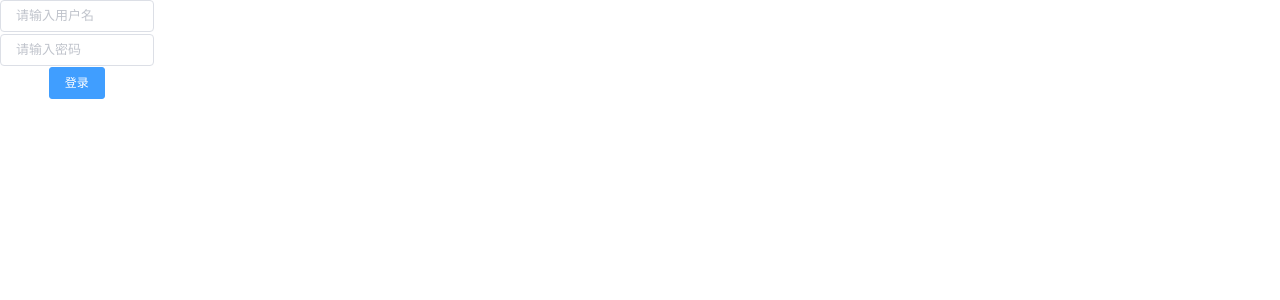
Repository: faintout/backMng
Page: /#/login (app in backmng/)
The author's editor kept a copy of each file at every save. The page is drawn from the files as they stood at one save, then again after the next save.
The browser window is 1280 px wide. The pictures show the whole page.
The project was rebuilt for these pictures with package versions that can differ from the ones it lists, and the page was loaded fresh each time. Also part of the build but not shown: backmng/vue.config.js, backmng/src/views/headerTop.vue, backmng/src/views/layout.vue, backmng/src/views/_index.vue, backmng/src/views/addList.vue, backmng/src/views/list.vue.

Above is the page before, as saved 2020-12-30 19:32:05.

### backmng/public/index.html
<!DOCTYPE html>
<html lang="en">
  <head>
    <meta charset="utf-8">
    <meta http-equiv="X-UA-Compatible" content="IE=edge">
    <meta name="viewport" content="width=device-width,initial-scale=1.0">
    <link rel="icon" href="<%= BASE_URL %>favicon.ico">
    <title><%= htmlWebpackPlugin.options.title %></title>
  </head>
  <!-- <script src="https://cdn.bootcdn.net/ajax/libs/jquery/3.5.1/jquery.js"></script> -->
  <body>
    <noscript>
      <strong>We're sorry but <%= htmlWebpackPlugin.options.title %> doesn't work properly without JavaScript enabled. Please enable it to continue.</strong>
    </noscript>
    <div id="app"></div>
    <!-- built files will be auto injected -->
  </body>
</html>

### backmng/src/main.js
import Vue from 'vue'
import App from './App.vue'
import router from './router'
import store from './store'
import ElementUI from 'element-ui'
import 'element-ui/lib/theme-chalk/index.css'
import './assets/index.css'
import $ from 'jquery'

Vue.use(ElementUI)
Vue.config.productionTip = false

new Vue({
  router,
  store,
  render: h => h(App)
}).$mount('#app')

### backmng/src/App.vue
<template>
  <div id="app">
    <router-view/>
  </div>
</template>

<style lang="less">
#app {
  font-family: Avenir, Helvetica, Arial, sans-serif;
  -webkit-font-smoothing: antialiased;
  -moz-osx-font-smoothing: grayscale;
  text-align: center;
  color: #2c3e50;
  height: 100%;
}

#nav {
  padding: 30px;

  a {
    font-weight: bold;
    color: #2c3e50;

    &.router-link-exact-active {
      color: #42b983;
    }
  }
}
</style>

### backmng/src/router/index.js
import Vue from 'vue'
import VueRouter from 'vue-router'
import Layout from '../views/layout.vue'
import _index from '../views/_index.vue'
import addList from '../views/addList.vue'
import list from '../views/list.vue'
import login from '../views/login.vue'

Vue.use(VueRouter)

const routes = [
    {
        path:'*',
        name:'redirect',
        redirect:'/login'
    },
    {
        path:'/login',
        name:'login',
        component:login
    },
    {
        path: '/',
        name: 'Layout',
        component: Layout,
        children: [
            {
                path: '/_index',
                name: '首页',
                component: _index,
            },
            {
                path: '/addList',
                name: '添加',
                component: addList,
            },
            {
                path: '/list',
                name: '列表查看',
                component: list,
            },
        ]
    },
]

const router = new VueRouter({
    routes
})

export default router

### backmng/src/assets/index.css
* {
    /* width: 100%;
    height: 100%; */
    padding: 0;
    margin: 0;
}
html,body{
    height: 100%;
}
.h100{
    height: 100%;
}

### backmng/src/views/login.vue
<template>
    <div class="bgc" :style="{background:'url('+imgUrl+')'}">
        <div class="login_contnet">
            <div class="user_admin">
                <el-input v-model="userName" placeholder="请输入用户名" size="small"></el-input>

            </div>
            <div class="user_password">
                <el-input v-model="passWord" placeholder="请输入密码" show-password  size="small"></el-input>

            </div>
            <el-button type="primary" @click="login" size="small">登录</el-button>
        </div>
    </div>
</template>

<script>
    export default {
        components: {},
        data() {
            return {
                userName: '',
                passWord: '',
                imgUrl: ''
            }
        },
        watch: {},
        computed: {},
        methods: {
            login() {

            }
        },
        mounted() {
            var self = this
            $.ajax({
                type: "GET",
                url: '/acgurl.php?return=json',
                success:res=>{
                    console.log(res);
                    // this.$nick()
                    // self.imgUrl = res.imgurl
                }
            })
        },
        created() {

        },
    }
</script>
<style lang="less" scoped>
.login_contnet{
    width: 12%;
}
.bgc{
    width: 100%;
    height: 100%;
}
.user_admin,.user_password{
    margin-bottom: 1%;
}
</style>

Loaded but not shown: backmng/src/store/index.js (common file)

After the next save:
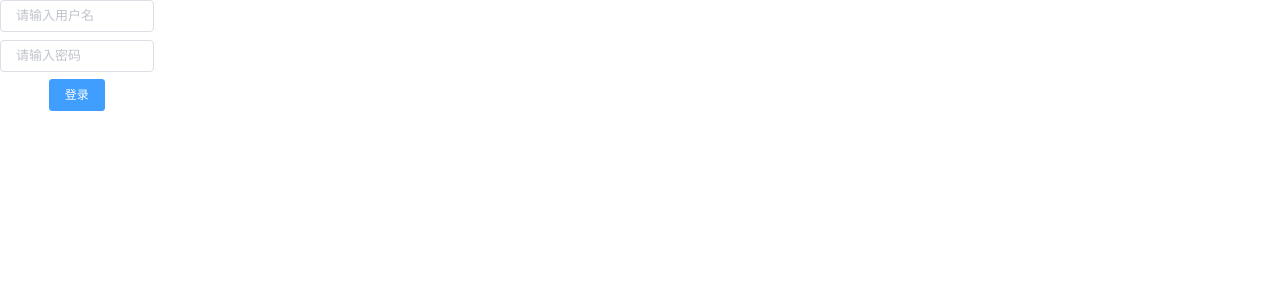
Saved 4 s later.
--- a/backmng/src/views/login.vue
+++ b/backmng/src/views/login.vue
@@ -57,6 +57,6 @@
     height: 100%;
 }
 .user_admin,.user_password{
-    margin-bottom: 1%;
+    margin-bottom: 5%;
 }
 </style>
